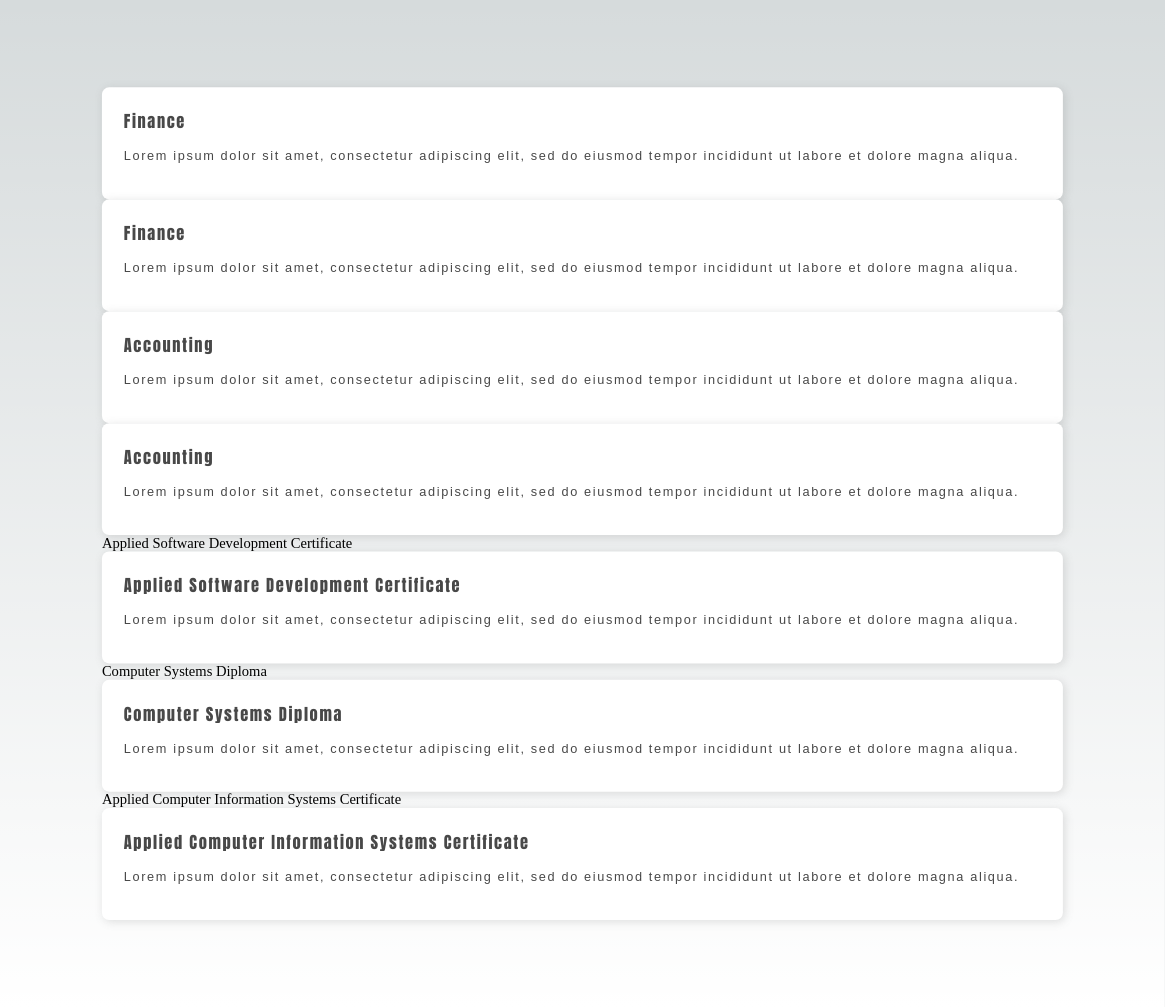
Repository: giovanabirck/class03-vercel-test
Page: /
These files come from the project's save history. The page is drawn as it stood at one moment and after the next save; the edit follows.
The browser window is 1280 px wide. The pictures show the whole page, at 91% of full size.
The project was rebuilt for these pictures with package versions that can differ from the ones it lists, and the page was loaded fresh each time. The framework's server and built-in components were replaced by stand-ins that run in the browser. Also part of the build but not shown: next.config.js.

Above is the page before, as saved 2023-01-24 21:30:41.

### pages/index.js
import Head from 'next/head'
import Image from 'next/image'
import { Inter } from '@next/font/google'
import styles from '../styles/Home.module.css'
import data from '../data/education.json'
import { useState } from 'react'
import Card from '../components/Card'
import Link from 'next/link'
import Menu from '../components/Menu'

const inter = Inter({ subsets: ['latin'] })

export default function Home() {

  console.log(data);
  const [information, setInformation] = useState([...data]);


  return (
    <>
      <Head>
        <title>Programs</title>
        <meta name="description" content="Generated by create next app" />
        <meta name="viewport" content="width=device-width, initial-scale=1" />
        <link rel="icon" href="/favicon.ico" />
        <Menu/>
      </Head>
      <main className={styles.main}>

        {
          information && information.map((info, index) => {
            if(info.department === "Business") {
              return(
                <div key={index}>

                  <Card key={index} degree={info.degree}/>
                  <Card key={index} degree={info.degree}/>
                </div>
              )
            }
          })
        }

        {
          information && information.map((info, index) => {
            if(info.department === "Computing") {
              return(
                <div key={index}>
                  {info.degree}
                  <Card key={index} degree={info.degree} color="blue" font="50px"/>
                </div>
              )
            }
          })
        }
      </main>

    </>
  )
}

### data/education.json
[
    {
        "studentNumber": "A0004567",
        "firstName": "Person 1",
        "gpa": 3.8,
        "department": "Business",
        "degree": "Finance",
        "graduted": 2014
    },
    {
        "studentNumber": "A0001234",
        "firstName": "Person 2",
        "gpa": 3.5,
        "department": "Business",
        "degree": "Accounting",
        "graduted": 2010
    },
    {
        "studentNumber": "A0007890",
        "firstName": "Person 3",
        "gpa": 3.2,
        "department": "Computing",
        "degree": "Applied Software Development Certificate",
        "graduted": 2018
    },
    {
        "studentNumber": "A0007828",
        "firstName": "Person 4",
        "gpa": 3.9,
        "department": "Computing",
        "degree": "Computer Systems Diploma",
        "graduted": 2021
    },
    {
        "studentNumber": "A0003425",
        "firstName": "Person 5",
        "gpa": 3.2,
        "department": "Computing",
        "degree": "Applied Computer Information Systems Certificate",
        "graduted": 2021
    }
]

### components/Card/index.js


export default function Card({
    degree      =   "none",
}) {

    return(
        <div style={{
            backgroundColor: "white",
            padding: "24px",
            fontFamily: "Impact",
            color: "#484848",
            fontSize: "18px",
            letterSpacing: "0.1em",
            display: "flex",
            flexDirection: "column",
            borderRadius: "8px",
            boxShadow: "2px 2px 10px rgb(100, 100, 100, 0.2)"
        }}>
            {degree}
            <br></br>
            <p style={{
                fontFamily: "arial",
                color: "#484848",
                fontSize: "14px",
                padding: "16px 24px 16px 0px"
            }}
            >Lorem ipsum dolor sit amet, consectetur adipiscing elit, sed do eiusmod tempor incididunt ut labore et dolore magna aliqua.</p>
        </div>
    )
}

### components/Menu/index.js

export default function Menu() {
    return(
        <>
        <div style={{
            display: "flex",
        }}>
            <div className="lateral-menu" style={{
                backgroundColor: 'white',
                width: "20%",
                innerHeight: "500px",
                padding: "40px 40px 350px 24px",
                fontFamily: "Arial",
                fontWeight: "bold",
                color: "#A8A8A8",
                }}>

                <h1 style={{
                    fontFamily: "Impact",
                    fontSize: "40px",
                    color: "#5F7AF2",
                    padding: "16px 16px 56px 16px",
                }}>Future
                    <br></br>
                    University
                </h1>

                <br></br>

                <a className="a-employees" href="about" style={{padding:"16px"}}>Employees</a>

                <br></br>

                <p className="p-programs" style={{padding:"48px 16px 16px 16px", color: "#5F7AF2"}}>Programs</p>

                <br></br>

                <p style={{padding:"16px"}}>Lorem ipsum</p>

                <br></br>

                <p style={{padding:"16px"}}>Lorem ipsum</p>

                <br></br>

                <p style={{padding:"16px"}}>Lorem ipsum</p>
            </div>
            <div>
                <div className="top-menu" style={{
                    backgroundColor: "white",
                    width: "200%",
                    display: "flex",
                    height: "96px",
                    alignItems: "center",
                    justifyContent: "space-between",
                }}>
                    <input placeholder="search" style={{
                        fontFamily: "Arial",
                        fontSize: "14px",
                        color: "#5F7AF2",
                        padding: "16px",
                        border: "solid 2px #5F7AF2",
                        borderRadius: "8px",
                        width: "400px",
                        margin: "24px"
                    }}>
                    </input>
                    <h2 style={{
                        fontFamily: "Arial",
                        fontWeight: "bold",
                        fontSize: "16px",
                        color: "#5F7AF2",
                        padding: "16px 40px 16px 16px"
                        }}>Profile Name</h2>
                </div>
                <div id="main-div" style={{
                    backgroundColor: "#EAEBF1",
                    width: "200%",
                    height: "89%"
                }}>
                </div>
            </div>
        </div>
        </>
    )
}

Loaded but not shown: pages/_app.js (common file); pages/_document.js (common file); styles/globals.css (common file); styles/Home.module.css (common file)

After the next save:
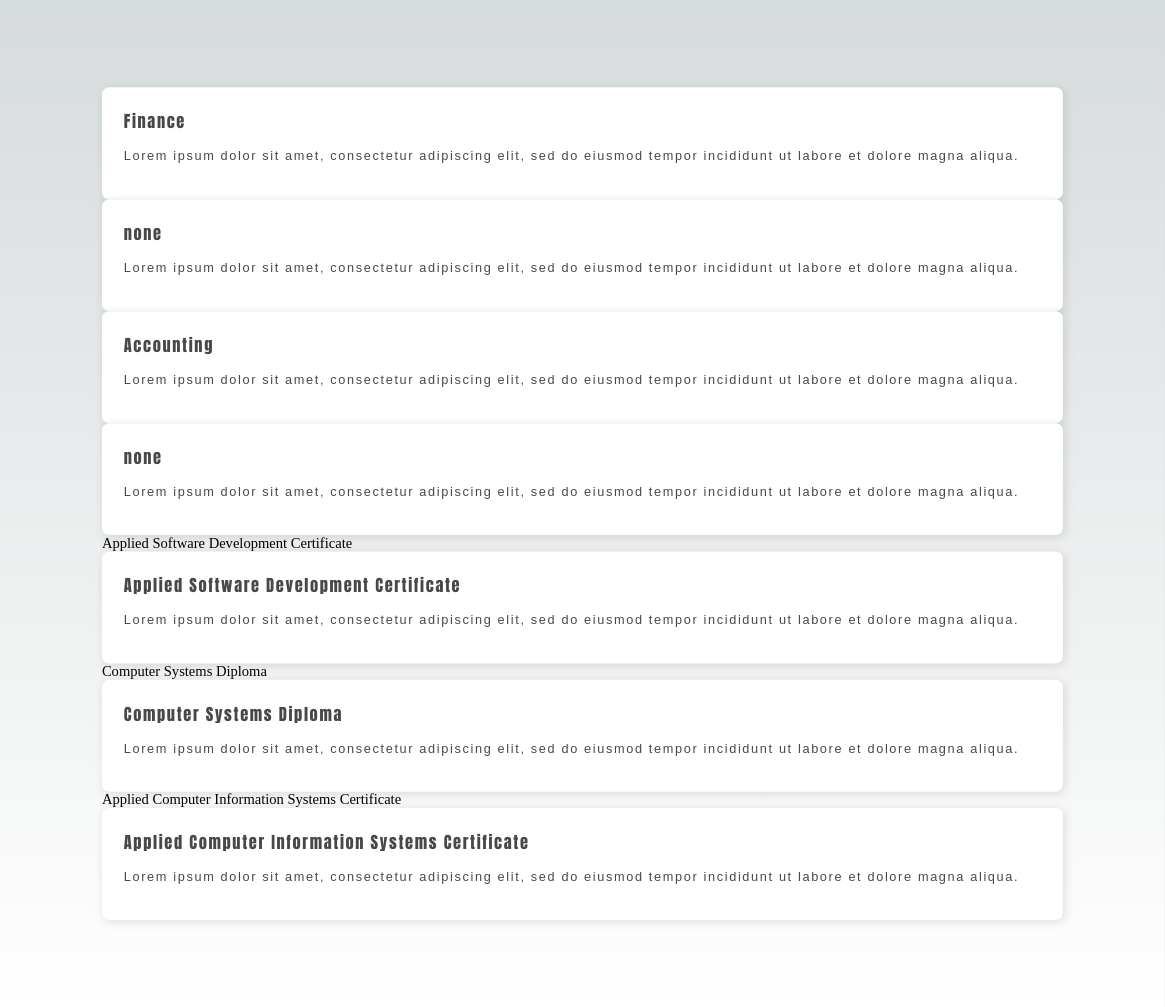
Saved 4 s later.
--- a/pages/index.js
+++ b/pages/index.js
@@ -34,7 +34,7 @@ export default function Home() {
                 <div key={index}>
 
                   <Card key={index} degree={info.degree}/>
-                  <Card key={index} degree={info.degree}/>
+                  <Card key={index} department={info.department}/>
                 </div>
               )
             }
